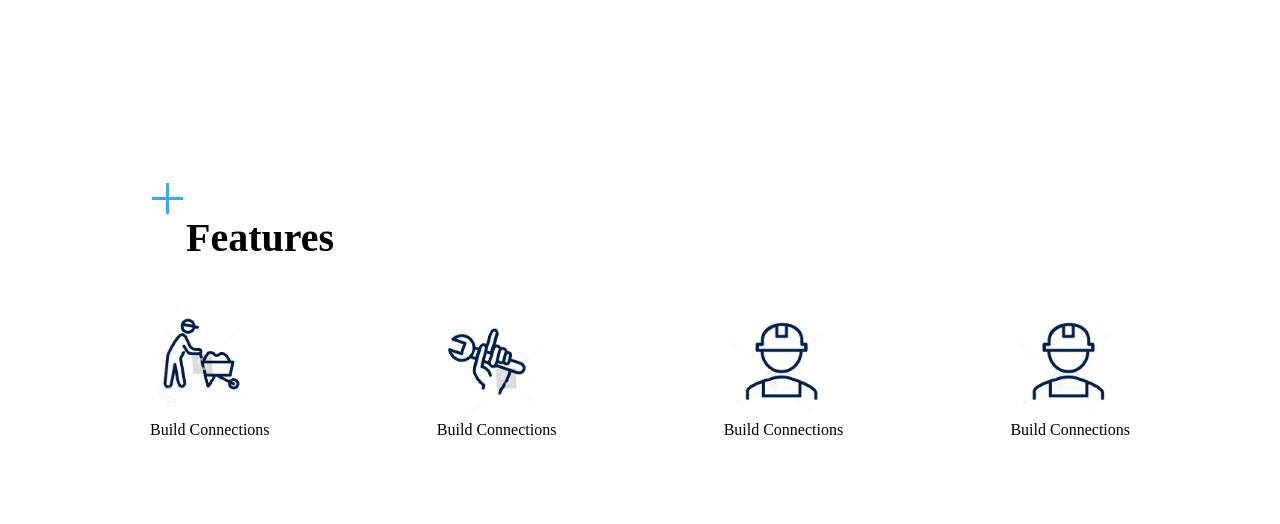
Repository: shekharyadav638/OSL_Assignment_1
Page: index.html
The author's editor kept a copy of each file at every save. The page is drawn from the files as they stood at one save, then again after a run of saves.
The browser window is 1280 px wide. The pictures show the whole page.
The style sheet was rebuilt from its Sass, Less or Tailwind sources for each picture, by a compiler version that may differ from the author's.

Above is the page before, as saved 2024-07-14 09:14:28.

### index.html
<!DOCTYPE html PUBLIC "-//W3C//DTD HTML 4.01 Transitional//EN" "http://www.w3.org/TR/html4/loose.dtd">
<html>
  <head>
    <meta http-equiv="Content-Type" content="text/html; charset=ISO-8859-1" />
    <title>Assignment 1</title>
    <link rel="stylesheet" href="style.css" />
    <link rel="preconnect" href="https://fonts.googleapis.com" />
    <link rel="preconnect" href="https://fonts.gstatic.com" crossorigin />
    <link
      href="https://fonts.googleapis.com/css2?family=Montserrat:ital,wght@0,100..900;1,100..900&display=swap"
      rel="stylesheet"
    />
  </head>
  <body>
    <!-- <header>
      <div class="header">
        <div class="header_left">
          <div class="header_left_logo"></div>
          <span class="header_left_title">Thinkin Blue</span>
        </div>
        <div class="header_right">
          <ul class="header_right_list">
            <li class="header_right_list_item">
              <a href="#">Home</a>
            </li>
            <li class="header_right_list_item"><a href="#">About Us</a></li>
            <li class="header_right_list_item"><a href="#">Work</a></li>
            <li class="header_right_list_item">
              <a href="#">ThinkinBlue Business</a>
            </li>
          </ul>
          <button class="header_right_btn">Login</button>
        </div>
      </div>
    </header>
    <section class="banner">
      <div class="banner_left">
       <p class="banner_left_text">The career network <br> for workers</p>
       <div class="banner_left_input">
        <input type="text" placeholder="Search Better Opportunites" class="banner_left_input_box"></input>
        <img src="img/location.svg" alt="location-icon" class="banner_left_input_icon">
       </div>
       <div class="banner_left_categories">
        <hr>
        <div class="banner_left_categories_title">100+ Job Opportunities</div>
        <div class="banner_left_categories_list">
          <div class="banner_left_categories_list_above">
            <div class="banner_left_categories_list_above_item"> Precision Production</div>
            <div class="banner_left_categories_list_above_item"> Helpers</div>
            <div class="banner_left_categories_list_above_item"> Front-line Supervisors</div>
            <div class="banner_left_categories_list_above_item"> Machine operators & Supervisors</div>
          </div>
          <div class="banner_left_categories_list_below">
            <div class="banner_left_categories_list_below_item"> Machine operators</div>
            <div class="banner_left_categories_list_below_item"> Handlers</div>
            <div class="banner_left_categories_list_below_item"> Transportation & moving occupations</div>
            <div class="banner_left_categories_list_below_item"> See all</div>
          </div>
        </div>
        <div >
          <button class="banner_left_categories_button">Join ThinkinBlue</button>
        </div>
       </div>
      </div>
      <div class="banner_right">
        <img src="img/banner_right.png" alt="banner_right" class="banner_right_img"></img>
      </div>
    </section> -->
    <!-- <section class="hiring">
      <div class="hiring_top">
        <div class="hiring_top_icon">
          <img src="img/plus_icon.svg" alt="plus_icon" />
        </div>
        <div class="hiring_top_heading">From the Community</div>
      </div>
      <div class="hiring_body">
        <div class="hiring_body_img">
          <img src="img/hiring.jpeg" alt="hiring" />
        </div>
        <div class="hiring_body_img">
          <img src="img/hiring.jpeg" alt="hiring" />
        </div>
        <div class="hiring_body_img">
          <img src="img/hiring.jpeg" alt="hiring" />
        </div>
        <div class="hiring_body_img">
          <img src="img/hiring.jpeg" alt="hiring" />
        </div>
      </div>
      <div class="hiring_footer">
        <div class="hiring_footer_slide">
          <div class="hiring_footer_slide_1"></div>
          <div class="hiring_footer_slide_2"></div>
          <div class="hiring_footer_slide_2"></div>
          <div class="hiring_footer_slide_2"></div>
        </div>
        <div class="hiring_footer_btn">
          <button>
            <div class="hiring_footer_btn_text">See more</div>
            <div class="hiring_footer_btn_icon">
              <img src="img/right_arrow.svg" alt="arrow" />
            </div>
          </button>
        </div>
      </div>
    </section> -->
    <section class="features">
      <div class="features_top">
        <div class="features_top_icon">
          <img src="img/plus_icon.svg" alt="plus_icon" />
        </div>
        <div class="features_top_heading">Features</div>
      </div>
      <div class="features_body">
        <div class="features_body_1">
          <div class="features_body_img">
            <img src="img/feature_1.png" alt="hiring" />
          </div>
          <div>Build Connections</div>
        </div>
        <div class="features_body_1">
          <div class="features_body_img">
            <img src="img/feature_2.png" alt="hiring" />
          </div>
          <div>Build Connections</div>
        </div>
        <div class="features_body_1">
          <div class="features_body_img">
            <img src="img/feature_3.png" alt="hiring" />
          </div>
          <div>Build Connections</div>
        </div>
        <div class="features_body_1">
          <div class="features_body_img">
            <img src="img/feature_4.png" alt="hiring" />
          </div>
          <div>Build Connections</div>
        </div>
      </div>
    </section>
  </body>
</html>

### style.scss
* {
  margin: 0;
  padding: 0;
}
.body {
  width: 1440px;
  opacity: 1;
  overflow-x: hidden;
}

@import "header";
@import "banner";
@import "hiring";
@import "features";

### header.scss
.header {
  background: transparent;
  position: fixed;
  display: flex;
  align-content: center;
  width: 1140px;
  height: 86px;
  opacity: 1;
  margin: 16px 150px;
  &_left {
    align-items: center;
    display: flex;
    opacity: 1;

    &_logo {
      width: 52px;
      height: 52px;
      background: #ffffff 0% 0% no-repeat padding-box;
      opacity: 1;
    }

    &_title {
      padding-left: 5px;
      text-align: left;
      font: normal normal bold 21px/28px Segoe UI;
      width: 113px;
      height: 28px;
      letter-spacing: 0px;
      color: #150303;
      opacity: 1;
    }
  }

  &_right {
    margin-left: 261px;
    align-items: center;
    display: flex;
    gap: 66px;
    &_list {
      list-style: none;
      display: flex;
      gap: 76px;
      align-items: center;

      &_item {
        text-align: left;
        font: normal normal normal 14px/11px Montserrat;
        letter-spacing: 0px;
        padding: 17px 0;
        color: #ffffff;
        opacity: 1;
      }
    }
    &_btn {
      background: #ffc832 0% 0% no-repeat padding-box;
      border-radius: 4px;
      opacity: 1;
      padding: 8px 33px;
      text-align: left;
      font: normal normal 600 18px Montserrat;
      letter-spacing: 0px;
      color: #05416e;
      opacity: 1;
    }
  }
}

.banner {
  &_img {
    width: 100%;
    height: 100%;
    background-position: center;
  }
}

### _banner.scss
.banner {
  background-image: url(img/banner.png);
  width: 100%;
  height: 100vh;
  background-size: cover;
  background-position: center;
  background-repeat: no-repeat;
  display: flex;

  &_left {
    margin-top: 156px;
    margin-bottom: 80px;
    margin-left: 150px;
    &_text {
      text-align: left;
      font: normal normal bold 80px/80px Adobe Caslon Pro;
      letter-spacing: 0.8px;
      color: #ffffff;
      opacity: 1;
    }

    &_input {
      display: flex;
      align-items: center;
      margin-top: 60px;
      width: 756px;
      height: 74px;
      background: #37b5d8 0% 0% no-repeat padding-box;
      box-shadow: 0px 10px 20px #07668b;
      border-radius: 6px;

      ::placeholder {
        font: italic normal normal 28px/36px Montserrat;
        letter-spacing: 0px;
        color: #ebebeb;
        opacity: 1;
        padding-top: 13px;
        padding-bottom: 13px;
        align-content: center;
        padding-left: 24px;
      }

      &_box {
        background: #ffffff 0% 0% no-repeat padding-box;
        border-radius: 4px;
        margin-left: 8px;
        border: none;
        opacity: 1;
        width: 669px;
        height: 60px;
      }
    }

    &_categories {
      width: 717px;
      height: 112px;
      & hr {
        margin-top: 30px;
        margin-bottom: 40px;
        color: #37b5d8;
        width: 756px;
      }
      &_title {
        width: 250px;
        height: 22px;
        text-align: left;
        font: normal normal bold 18px/24px Montserrat;
        letter-spacing: 0px;
        color: #ffffff;
        opacity: 1;
      }

      &_list {
        margin-top: 15px;
        margin-right: 73px;
        &_above {
          display: flex;
          justify-content: space-between;
          &_item {
            background: #32aaff 0% 0% no-repeat padding-box;
            border: 1px solid #ffffff;
            border-radius: 20px;
            opacity: 0.8;
            height: 15 px;
            padding-left: 14px;
            padding-right: 14px;
            padding-top: 7px;
            padding-bottom: 8px;
            text-align: left;
            font: italic normal normal 12px/24px Montserrat;
            letter-spacing: 0px;
            color: #ffffff;
            opacity: 1;
          }
        }
        &_below {
          margin-top: 15px;
          margin-right: 64px;
          display: flex;
          justify-content: space-between;
          &_item {
            background: #32aaff 0% 0% no-repeat padding-box;
            border: 1px solid #ffffff;
            border-radius: 20px;
            opacity: 0.8;
            height: 15 px;
            padding-left: 14px;
            padding-right: 14px;
            padding-top: 7px;
            padding-bottom: 8px;
            text-align: left;
            font: italic normal normal 12px/24px Montserrat;
            letter-spacing: 0px;
            color: #ffffff;
            opacity: 1;
          }
        }
      }

      &_button {
        margin-top: 40px;
        width: 180px;
        height: 45px;
        background: #ffc832 0% 0% no-repeat padding-box;
        border: none;
        padding: 13px 21px;
        opacity: 1;
        font: normal normal 600 15px/15px Montserrat;
        letter-spacing: 0px;
        color: #05416e;
        opacity: 1;
      }
    }
  }

  &_right {
    &_img {
      position: absolute;
      top: 0;
      left: 650px;
      margin-top: 140px;
    }
  }
}

### _hiring.scss
.hiring {
  margin: 180px 150px;
  margin-bottom: 0;

  &_top {
    display: flex;
    flex-direction: column;
    width: 411px;
    margin-bottom: 60px;
    &_icon {
      width: 36px;
      height: 36px;
    }

    &_heading {
      margin-left: 36px;
      width: 375px;
      height: 40px;
      font: normal normal bold 40px/54px Adobe Caslon Pro;
      letter-spacing: 0px;
      color: #000000;
      opacity: 1;
    }
  }

  &_body {
    display: flex;
    justify-content: space-between;
    &_img {
      & img {
        width: 276px;
        height: 308px;
        border-radius: 4px;
        opacity: 1;
      }
    }
  }

  &_footer {
    margin-top: 60px;

    &_slide {
      display: flex;
      width: 180px;
      height: 10px;
      justify-content: space-between;
      margin-left: 480px;
      &_1 {
        width: 32px;
        height: 6px;
        background: #32aaff 0% 0% no-repeat padding-box;
        border-radius: 2px;
        opacity: 1;
      }
      &_2 {
        width: 32px;
        height: 6px;
        background: #05416e 0% 0% no-repeat padding-box;
        border-radius: 2px;
        opacity: 1;
      }
    }

    &_btn {
      margin-top: 20px;
      display: flex;
      align-items: center;
      justify-content: center;

      & button {
        width: 159px;
        height: 40px;
        background: #ffffff 0% 0% no-repeat padding-box;
        border: 1px solid #05416e;
        border-radius: 4px;
        opacity: 1;
        padding-left: 20px;
        padding-right: 20px;
        padding-top: 8.47px;
        display: flex;
        justify-content: space-between;
      }
      &_text {
        width: 88px;
        height: 22px;
        font: normal normal 600 18px/17px Montserrat;
        letter-spacing: 0px;
        color: #05416e;
      }
      &_icon {
        width: 16px;
        height: 16px;
      }
    }
  }
}

### _features.scss
.features {
  margin: 180px 150px;
  margin-bottom: 0;

  &_top {
    display: flex;
    flex-direction: column;
    width: 411px;
    margin-bottom: 60px;
    &_icon {
      width: 31px;
      height: 31px;
    }

    &_heading {
      margin-left: 36px;
      width: 144px;
      height: 40px;
      font: normal normal bold 40px/54px Adobe Caslon Pro;
      letter-spacing: 0px;
      color: #000000;
      opacity: 1;
    }
  }

  &_body {
    display: flex;
    justify-content: space-between;
  }
}

After the next 5 saves:
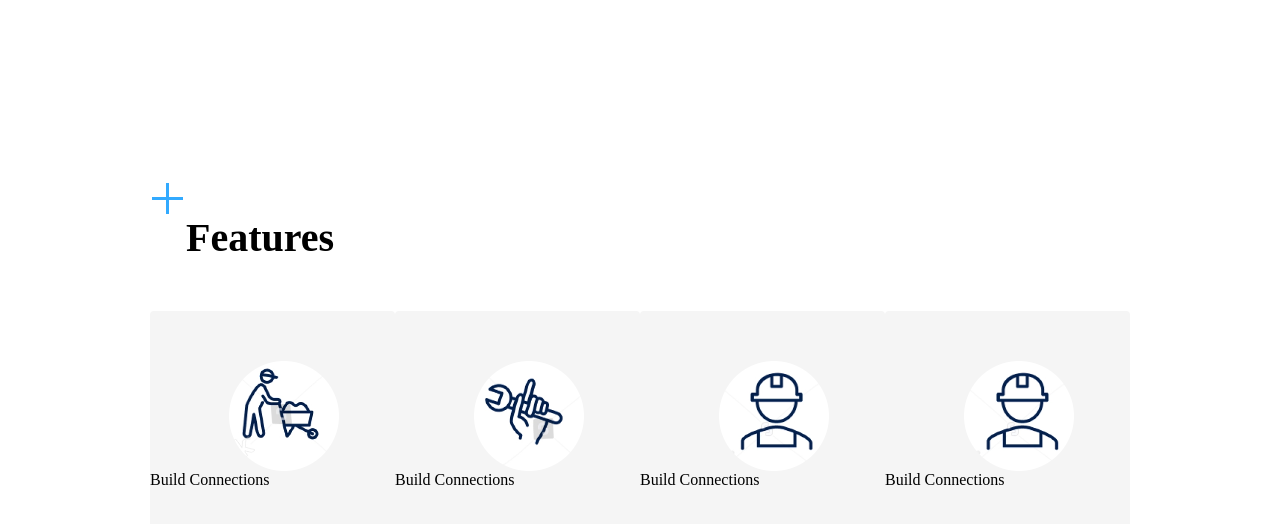
The 5 saves are shown as one change because 4 did not build or start.
The last was saved 4 min 3 s later.
--- a/index.html
+++ b/index.html
@@ -116,25 +116,25 @@
           <div class="features_body_img">
             <img src="img/feature_1.png" alt="hiring" />
           </div>
-          <div>Build Connections</div>
+          <div class="features_body_text">Build Connections</div>
         </div>
         <div class="features_body_1">
           <div class="features_body_img">
             <img src="img/feature_2.png" alt="hiring" />
           </div>
-          <div>Build Connections</div>
+          <div class="features_body_text">Build Connections</div>
         </div>
         <div class="features_body_1">
           <div class="features_body_img">
             <img src="img/feature_3.png" alt="hiring" />
           </div>
-          <div>Build Connections</div>
+          <div class="features_body_text">Build Connections</div>
         </div>
         <div class="features_body_1">
           <div class="features_body_img">
             <img src="img/feature_4.png" alt="hiring" />
           </div>
-          <div>Build Connections</div>
+          <div class="features_body_text">Build Connections</div>
         </div>
       </div>
     </section>
--- a/_features.scss
+++ b/_features.scss
@@ -26,5 +26,20 @@
   &_body {
     display: flex;
     justify-content: space-between;
+
+    &_1 {
+      width: 270px;
+      height: 308px;
+      background: #f5f5f5 0% 0% no-repeat padding-box;
+      border-radius: 4px;
+      opacity: 1;
+    }
+
+    &_img {
+      margin-top: 50px;
+      width: 110px;
+      height: 110px;
+      margin-left: 79px;
+    }
   }
 }
